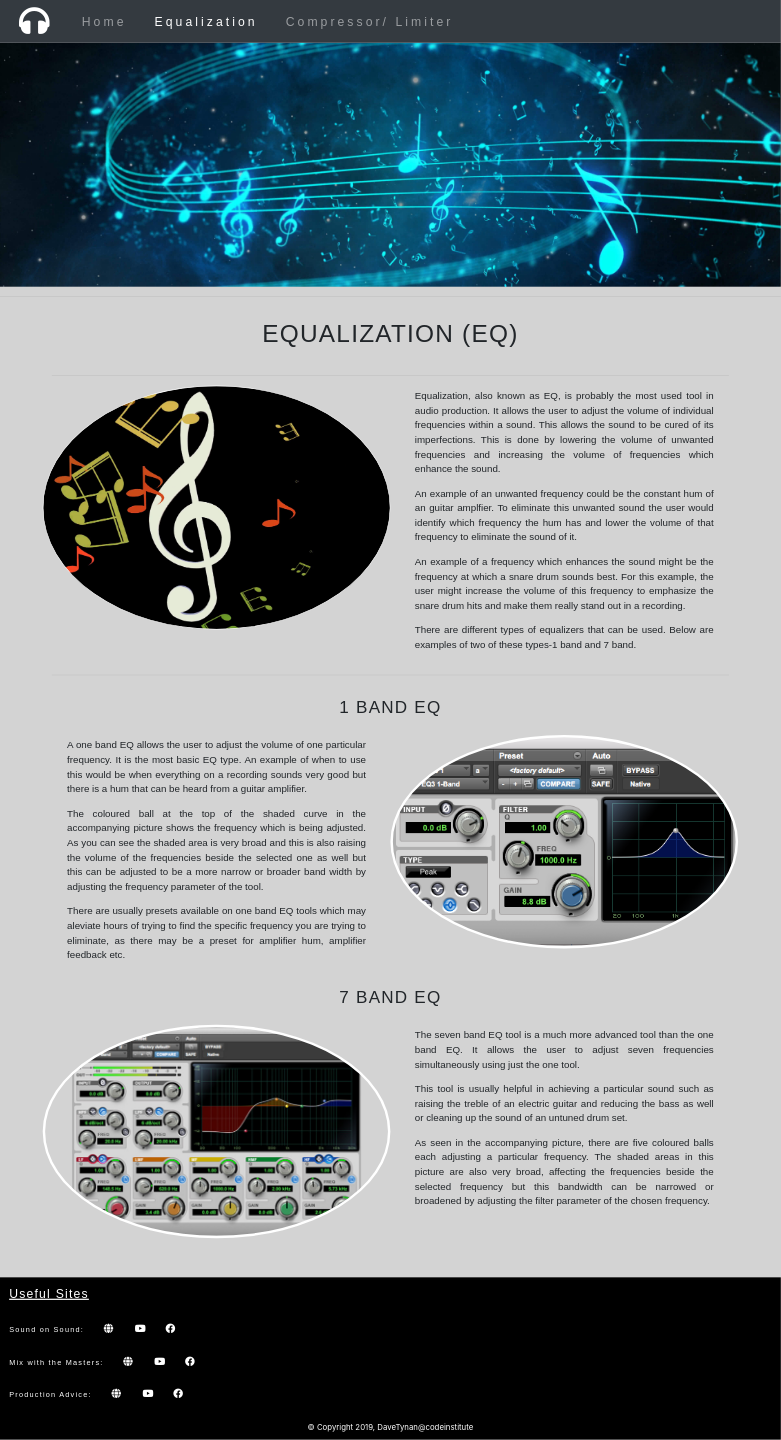
Repository: djjtyn/CIMilestoneProject1
Page: eq.html
The author's editor kept a record of every edit. The page is drawn from the files as they stood at one moment, then again after the next edit.
The browser window is 1280 px wide. The pictures show the whole page, at 61% of full size.
Some web libraries are served in a nearby version.

Above is the page before.
Console error (its wording comes from the project's code and is left out).

After the next edit:
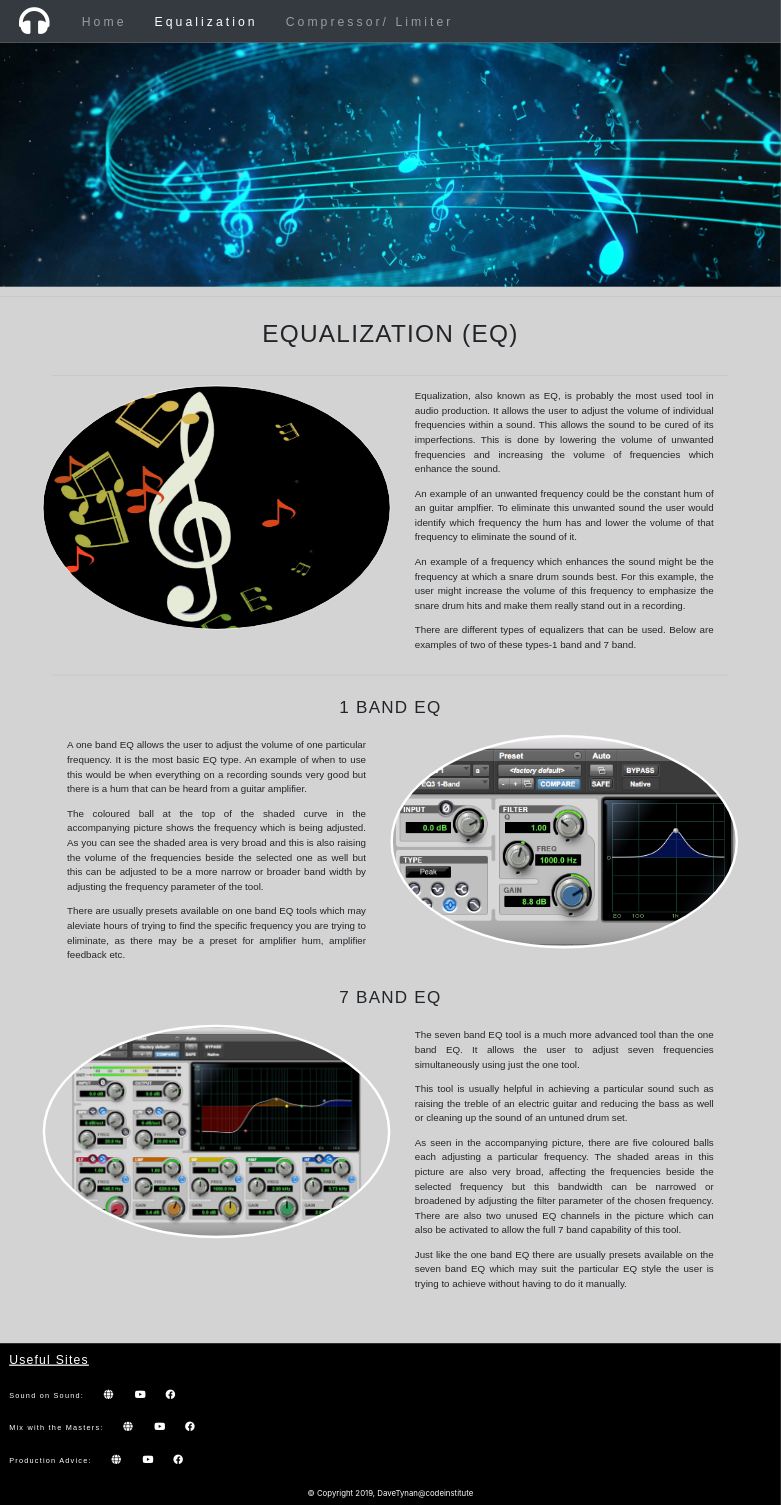
The edit:
--- a/eq.html
+++ b/eq.html
@@ -79,7 +79,8 @@
          <p>The seven band EQ tool is a much more advanced tool than the one band EQ. It allows the user to adjust seven frequencies simultaneously using just the one tool.</p>
          <p>This tool is usually helpful in achieving a particular sound such as raising the treble of an electric guitar and reducing the bass as well or cleaning up the sound of an untuned drum set.</p>
          <p>
-         As seen in the accompanying picture, there are five coloured balls each adjusting a particular frequency. The shaded areas in this picture are also very broad, affecting the frequencies beside the selected frequency but this bandwidth can be narrowed or broadened by adjusting the filter parameter of the chosen frequency.</p>
+         As seen in the accompanying picture, there are five coloured balls each adjusting a particular frequency. The shaded areas in this picture are also very broad, affecting the frequencies beside the selected frequency but this bandwidth can be narrowed or broadened by adjusting the filter parameter of the chosen frequency. There are also two unused EQ channels in the picture which can also be activated to allow the full 7 band capability of this tool.</p>
+         <p>Just like the one band EQ there are usually presets available on the seven band EQ which may suit the particular EQ style the user is trying to achieve without having to do it manually.</p>
          </div>
       </div>
     </div>
